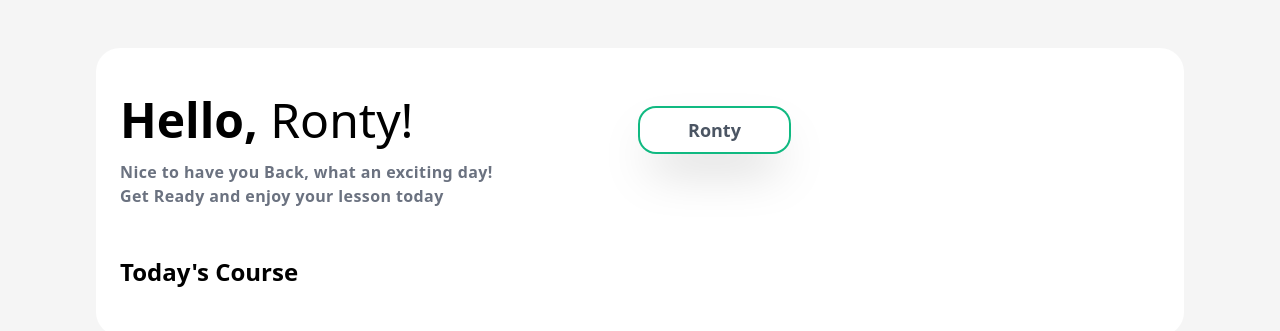
Repository: coolronts/Vite-Tailwind
Page: /
These files come from the project's save history. The page is drawn as it stood at one moment and after the next save; the edit follows.
The browser window is 1280 px wide. The pictures show the whole page.
The project was rebuilt for these pictures with package versions that can differ from the ones it lists, and the page was loaded fresh each time. Also part of the build but not shown: vite.config.js, src/components/Card/index.jsx.

Above is the page before, as saved 2021-11-26 07:14:52.

### src/App.jsx
import './App.css'

import { PrimaryButton, SecondaryButton } from './components/Button'

import {PrimaryCard} from './components/Card'
import SplitScreen from './components/SplitScreen'
import { useState } from 'react'

function App() {

  return (
    <div className="App bg-white my-12 mx-24 rounded-3xl px-6 py-12">
      <SplitScreen>
        <div id="left">
          <div className="mb-12">
            <h3 className="text-5xl font-sans font-bold mb-4">Hello, <span className="font-light">Ronty!</span> </h3>
            <h5 className="font-semibold tracking-wide text-gray-500">Nice to have you Back, what an exciting day!</h5>
            <h5 className="font-semibold tracking-wide text-gray-500">Get Ready and enjoy your lesson today</h5>
          </div>

          <div>
            <p className="text-2xl font-bold  font-sans">Today's Course</p>
          </div>

        </div>

        <div id="right">
          <SecondaryButton name="Ronty"/>
        </div>


      </SplitScreen>
    </div>
  )
}

export default App

### src/components/Button/index.jsx
import React from 'react'

export const PrimaryButton = ({name}) =>{
  return (
    <button className="bg-green-500 px-12 py-2 ring-2 ring-green-500 text-white text-lg font-semibold shadow-2xl rounded-2xl mt-3">
      {name}
    </button>
  )
}

export const SecondaryButton = ({name}) =>{
  return (
    <button className="bg-white px-12 py-2 ring-2 ring-green-500 text-gray-600 text-lg font-semibold shadow-2xl rounded-2xl mt-3">
      {name}
    </button>
  )
}

### src/components/SplitScreen/index.jsx
import PropTypes from 'prop-types'
import React from "react"
import tw from "tailwind-styled-components"

const Container = tw.div`${(props) => props.weight}`;

const Pane = tw.div`${(props) => props.weight}`;

const SplitScreen = ({
	children,
	containerWeight = 'flex w-full',
  leftWeight = 'w-1/2',
	rightWeight = 'w-1/2',
}) => {
	const [left, right] = children;
	return (
		<Container className={containerWeight}>
			<Pane className={leftWeight}>
				{left}
			</Pane>
			<Pane className={rightWeight}>
				{right}
			</Pane>
		</Container>
	);
}

export default SplitScreen

SplitScreen.propTypes = {
	children: PropTypes.arrayOf(PropTypes.node).isRequired,
	containerWeight: PropTypes.string,
	leftWeight: PropTypes.string,
	rightWeight: PropTypes.string,
}

Loaded but not shown: index.html (common file); src/main.jsx (common file); src/index.css (common file); src/App.css (common file); tailwind.config.js (common file)

After the next save:
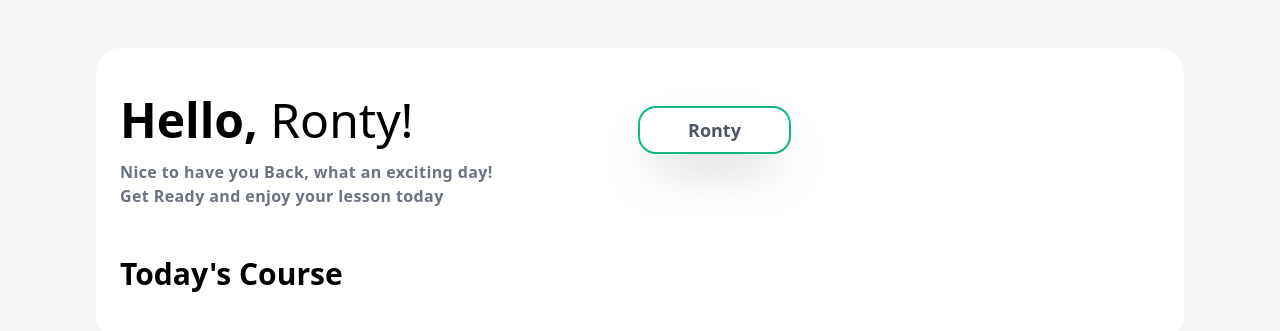
Saved 9 s later.
--- a/src/App.jsx
+++ b/src/App.jsx
@@ -19,7 +19,7 @@ function App() {
           </div>
 
           <div>
-            <p className="text-2xl font-bold  font-sans">Today's Course</p>
+            <p className="text-3xl font-bold  font-sans">Today's Course</p>
           </div>
 
         </div>
